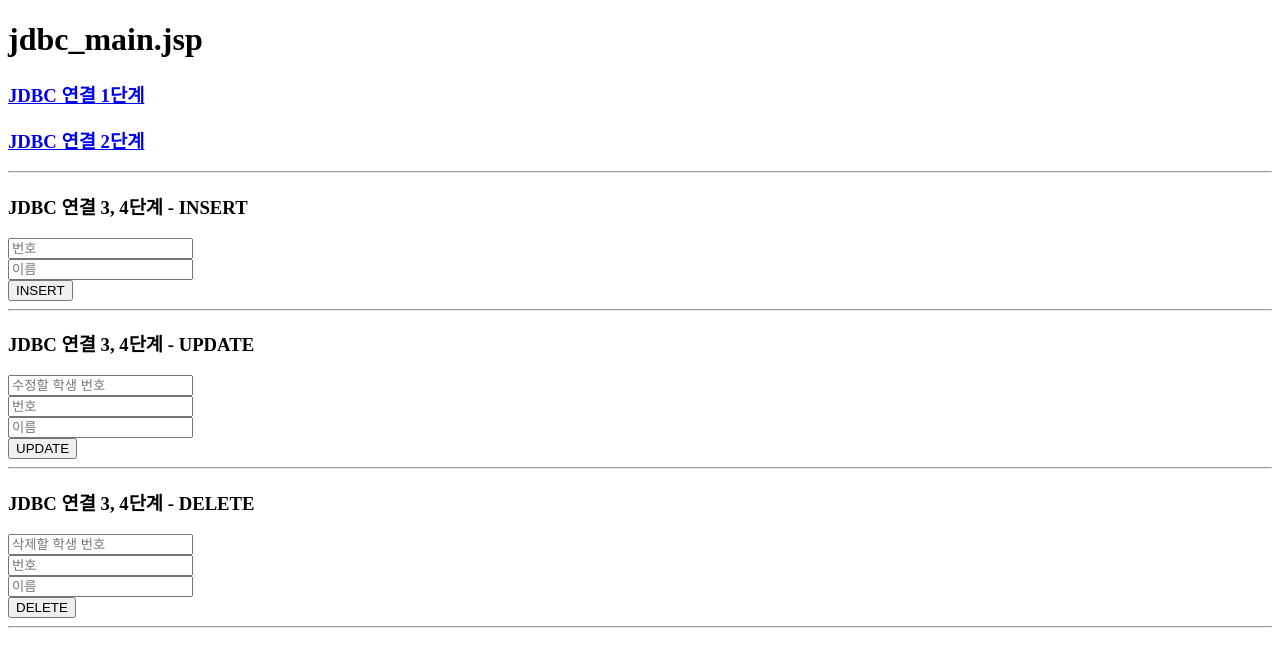
Repository: junesse-afk/ITJSP
Page: http://localhost/StudyJSP/jsp10_jdbc/jdbc_main.jsp
The author's editor kept a copy of each file at every save. The page is drawn from the files as they stood at one save, then again after the next save.
The browser window is 1280 px wide. The pictures show the whole page.
The page is served by Tomcat 10. Other server files are loaded and not shown.

Above is the page before, as saved 2024-11-28 00:32:13.

### workspace_jsp/StudyJSP/src/main/webapp/jsp10_jdbc/jdbc_main.jsp
<%@ page language="java" contentType="text/html; charset=UTF-8"
    pageEncoding="UTF-8"%>
<!DOCTYPE html>
<html>
<head>
<meta charset="UTF-8">
<title>Insert title here</title>
</head>
<body>

	<h1>jdbc_main.jsp</h1>
	<h3><a href="connect1.jdbc">JDBC 연결 1단계</a></h3>
	<h3><a href="connect2.jdbc">JDBC 연결 2단계</a></h3>
	<hr>

	<h3>JDBC 연결 3, 4단계 - INSERT</h3>
	<form action="connect3_insert.jdbc" method="post">
		<input type="text" name="idx" placeholder="번호"><br>
		<input type="text" name="name" placeholder="이름"><br>
		<input type="submit" value="INSERT">
	</form>
	<hr>

	<h3>JDBC 연결 3, 4단계 - UPDATE</h3>
	<form action="connect3_update.jdbc" method="post">
		<input type="text" name="no" placeholder="수정할 학생 번호"><br>
		<input type="text" name="idx" placeholder="번호"><br>
		<input type="text" name="name" placeholder="이름"><br>
		<input type="submit" value="UPDATE">
	</form>
	<hr>

	<h3>JDBC 연결 3, 4단계 - DELETE</h3>
	<form action="connect3_delete.jdbc" method="post">
		<input type="text" name="no" placeholder="삭제할 학생 번호"><br>
		<input type="text" name="idx" placeholder="번호"><br>
		<input type="text" name="name" placeholder="이름"><br>
		<input type="submit" value="DELETE">
	</form>
	<hr>


</body>
</html>

After the next save:
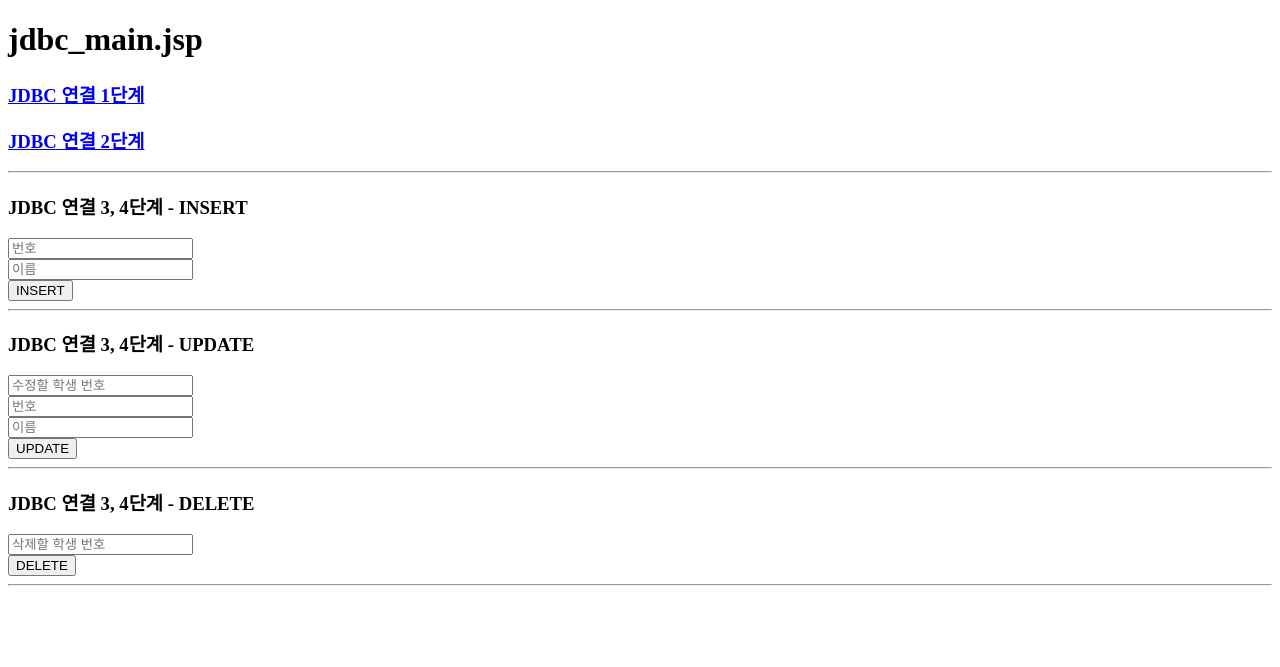
Saved 89 s later.
--- a/workspace_jsp/StudyJSP/src/main/webapp/jsp10_jdbc/jdbc_main.jsp
+++ b/workspace_jsp/StudyJSP/src/main/webapp/jsp10_jdbc/jdbc_main.jsp
@@ -33,8 +33,8 @@
 	<h3>JDBC 연결 3, 4단계 - DELETE</h3>
 	<form action="connect3_delete.jdbc" method="post">
 		<input type="text" name="no" placeholder="삭제할 학생 번호"><br>
-		<input type="text" name="idx" placeholder="번호"><br>
-		<input type="text" name="name" placeholder="이름"><br>
+<!-- 		<input type="text" name="idx" placeholder="번호"><br> -->
+<!-- 		<input type="text" name="name" placeholder="이름"><br> -->
 		<input type="submit" value="DELETE">
 	</form>
 	<hr>
